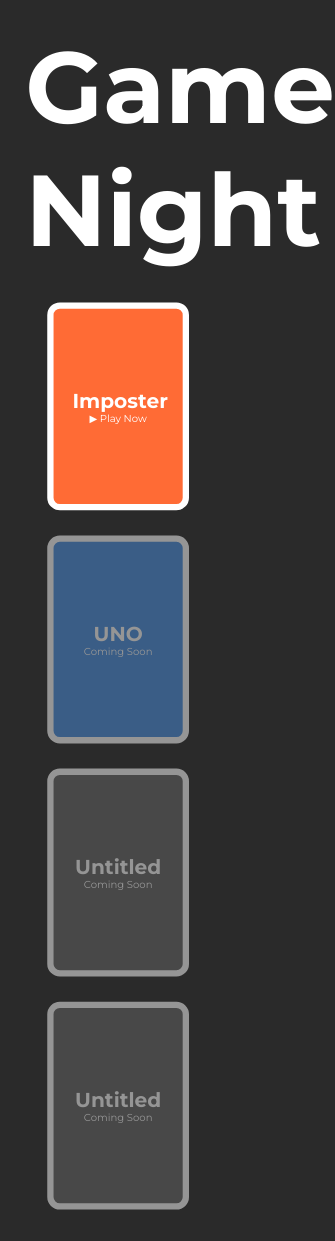
Repository: nfemmanuel/game-night-app
Page: /
An editor plug-in stored every save of this project. The page is shown before and after a run of saves, followed by the edit.
The browser window is 375 px wide. The page is 532 px wide, then 494 px, so the pictures cover 532 px, including what lies to the right of the window. The pictures show the whole page, at 63% of full size.
The project was rebuilt for these pictures with package versions that can differ from the ones it lists, and the page was loaded fresh each time. Also part of the build but not shown: src/components/HelpButton.jsx, src/components/BackButton.jsx, src/pages/ImposterSetup.jsx, src/data/wordList.js, src/pages/ImposterReveal.jsx, src/pages/ImposterVoting.jsx.

Above is the page before, as saved 2025-12-31 17:58:10.

After the next 3 saves:
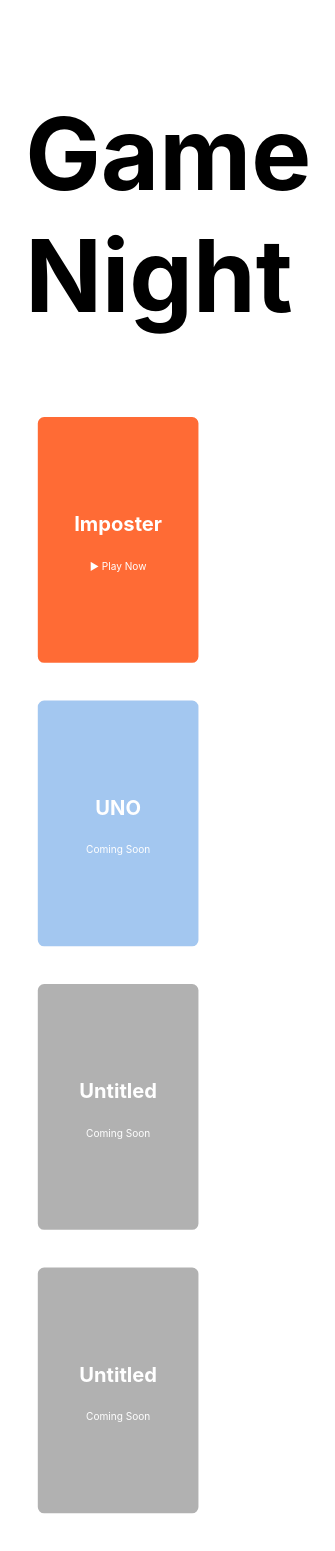
The 3 saves are shown as one change because they came seconds apart.
The last was saved 6 min 43 s later.
--- a/src/styles/global.css
+++ b/src/styles/global.css
@@ -1,29 +1,74 @@
-* {
-    margin: 0;
-    padding: 0;
-    box-sizing: border-box;
+.card {
+    width: 225px;
+    height: 330px;
+    padding: 30px;
+    margin: 10px;
+    border-radius: 20px;
+    border: 10px solid white;
+    text-align: center;
+    transition: all 0.3s ease;
+    display: flex;
+    flex-direction: column;
+    justify-content: center;
 }
 
-body {
-    font-family: 'Montserrat', 'Helvetica Neue', 'Arial', sans-serif;
-    background-color: rgb(42, 42, 42);
+.available {
     color: white;
-    overflow: hidden;
+    cursor: pointer;
 }
 
-button {
-    cursor: pointer;
-    border: none;
-    border-radius: 5px;
-    font-family: inherit;
-    font-size: 1rem;
-    padding: 10px 20px;
+.available:hover {
+    transform: scale(1.05);
 }
 
-/* Mobile adjustments only */
+.disabled {
+    background-color: #666;
+    color: white;
+    cursor: not-allowed;
+    opacity: 0.5;
+}
+
+.orange {
+    background-color: #FF6B35;
+}
+
+.orange:hover {
+    box-shadow: 0 0 20px rgba(255, 107, 53, 0.6);
+}
+
+.blue {
+    background-color: #4A90E2;
+}
+
+.blue:hover {
+    box-shadow: 0 0 20px rgba(74, 144, 226, 0.6);
+}
+
+/* Mobile: smaller cards */
 @media (max-width: 768px) {
-    body {
-        overflow-y: auto;
-        /* Allow scrolling on mobile */
+    .card {
+        width: 160px;
+        height: 240px;
+        padding: 20px;
+        margin: 8px;
+        border: 6px solid white;
     }
 }
+
+@media (max-width: 480px) {
+    .card {
+        width: 140px;
+        height: 210px;
+        padding: 15px;
+        margin: 5px;
+        border: 5px solid white;
+    }
+
+    .card h1 {
+        font-size: 1.3rem;
+    }
+
+    .card p {
+        font-size: 0.9rem;
+    }
+}
